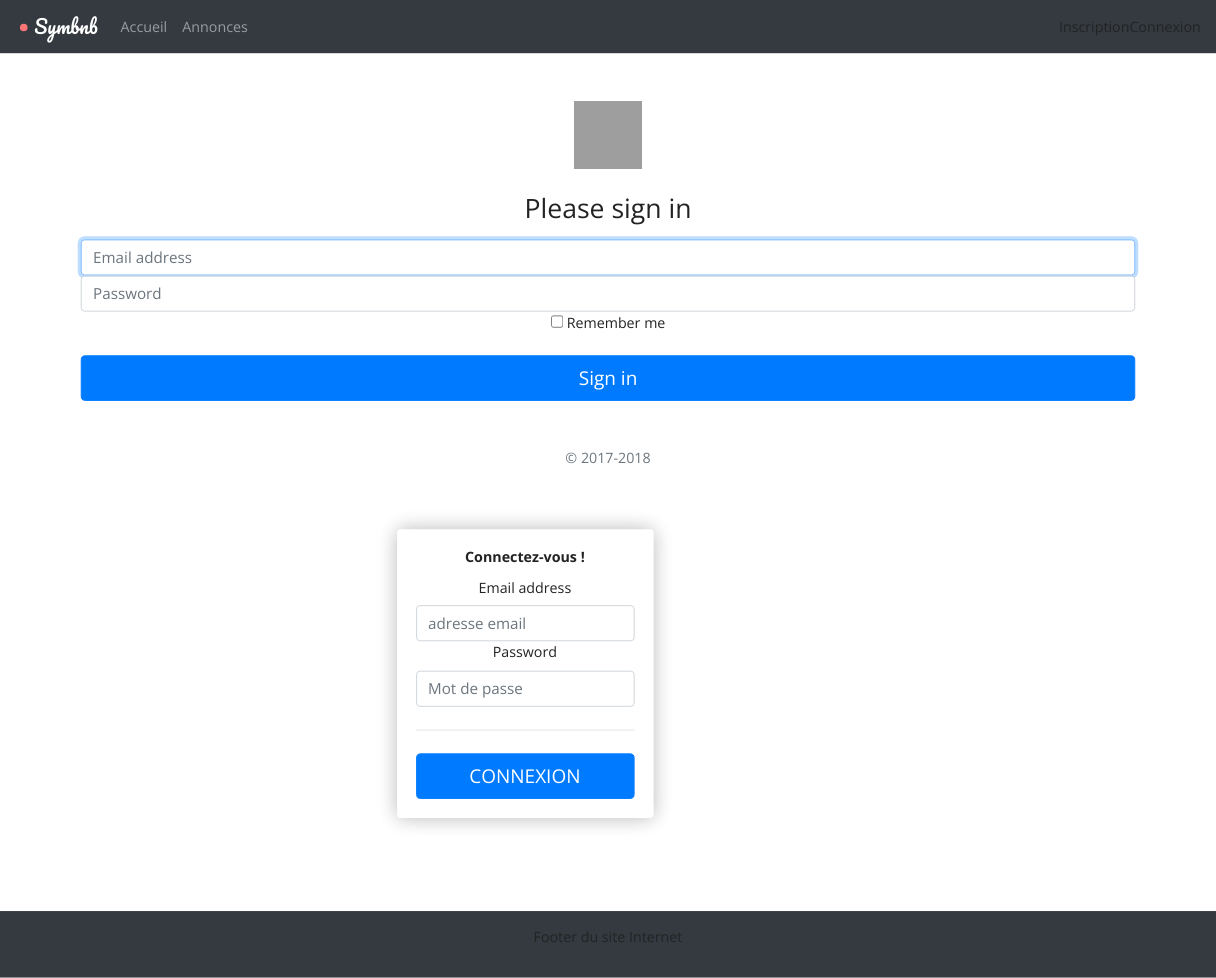
Repository: buzzEclair/symbnb
Page: templates/account/login.html.twig
The author's editor kept a copy of each file at every save. The page is drawn from the files as they stood at one save, then again after the next save.
The browser window is 1280 px wide. The pictures show the whole page, at 95% of full size.
Pictures or frames that could not be fetched are drawn as grey boxes. The page is a Twig template of a Symfony application; nobody is signed in and links lead nowhere. The template is opened directly, without the code that normally fills it, so the values that code supplies are empty.

Above is the page before, as saved 2019-03-15 14:04:43.

### templates/account/login.html.twig
{% extends 'base.html.twig' %}

{% block title %}Login!{% endblock %}

{% block body %}
<div class="container text-center">
        <form class="form-signin">
                <img class="mb-4" src="https://getbootstrap.com/docs/4.0/assets/brand/bootstrap-solid.svg" alt="" width="72" height="72">
                <h1 class="h3 mb-3 font-weight-normal">Please sign in</h1>
                <label for="inputEmail" class="sr-only">Email address</label>
                <input type="email" id="inputEmail" class="form-control" placeholder="Email address" required="" autofocus="">
                <label for="inputPassword" class="sr-only">Password</label>
                <input type="password" id="inputPassword" class="form-control" placeholder="Password" required="">
                <div class="checkbox mb-3">
                  <label>
                    <input type="checkbox" value="remember-me"> Remember me
                  </label>
                </div>
                <button class="btn btn-lg btn-primary btn-block" type="submit">Sign in</button>
                <p class="mt-5 mb-3 text-muted">© 2017-2018</p>
              </form>
    <div class="row">
        <div class="col-sm-9 col-md-7 col-lg-5 mx-auto">
            <div class="card card-signin my-5">
            <div class="card-body">
                <h5 class="card-title text-center">Connectez-vous !</h5>

                {% if hasError %}
                    <div class="alert alert-danger">Une erreur est survenue, le nom d'utilisateur est invalide</div>
                {% endif %}

                <form class="form-signin" action="{{ path('account_login') }}" method="POST">
                <div class="form-label-group">
                    <label for="email">Email address</label>

                    <input type="text" class="form-control" name="_username" id="email" placeholder="adresse email" required autofocus value={{username}}>
                </div>

                <div class="form-label-group">
                    <label for="password">Password</label>
                    <input type="password" name="_password" id="password" placeholder="Mot de passe" class="form-control" required >

                </div>

                <hr class="my-4">
                <button class="btn btn-lg btn-primary btn-block text-uppercase" type="submit">Connexion</button>
                </form>
            </div>
            </div>
        </div>
    </div>
</div>
{% endblock %}

### templates/base.html.twig
<!DOCTYPE html>
<html>
    <head>
        <meta charset="UTF-8">
        <title>{% block title %}Welcome!{% endblock %}</title>
        <link rel="stylesheet" href="/css/bootstrap.min.css">
        <link rel="stylesheet" href="https://use.fontawesome.com/releases/v5.7.2/css/all.css" integrity="sha384-fnmOCqbTlWIlj8LyTjo7mOUStjsKC4pOpQbqyi7RrhN7udi9RwhKkMHpvLbHG9Sr" crossorigin="anonymous">
        <link href="https://fonts.googleapis.com/css?family=Open+Sans:400,600,700" rel="stylesheet">
        <link href="https://fonts.googleapis.com/css?family=Pacifico" rel="stylesheet">

        <link rel="stylesheet" href="/css/base.css">
        {% block stylesheets %}{% endblock %}
    </head>
    <body>

        {% include 'partials/header.html.twig' %}


        {% block body %}{% endblock %}
        {% include 'partials/footer.html.twig' %}
        <script src="/js/jquery.min.js"></script>
        <script src="/js/popper.min.js"></script>
        <script src="/js/bootstrap.min.js"></script>
        {% block javascripts %}{% endblock %}
    </body>
</html>

### templates/partials/header.html.twig
<nav class="navbar navbar-expand-md navbar-dark bg-dark">
    <a class="navbar-brand logo" href="{{path('homepage')}}"><span class="round-logo"></span>Symbnb</a>


    {% if is_granted('ROLE_ADMIN') %}
    <a href="{{path('admin_dashboard')}}">Dashboard</a>
    {% endif %}
    <button class="navbar-toggler" type="button" data-toggle="collapse" data-target="#navbarColor01" aria-controls="navbarColor01" aria-expanded="false" aria-label="Toggle navigation">
        <span class="navbar-toggler-icon"></span>
    </button>

    <div class="collapse navbar-collapse" id="navbarColor01">
        <ul class="navbar-nav mr-auto">
            <li class="">
                <a class="nav-link" href="{{path('homepage')}}">Accueil </a>
            </li>
            <li class="">
                <a class="nav-link" href="{{path('ads_index')}}">Annonces </a>
            </li>
        </ul>

        <ul class="navbar-nav ml-auto">
            {% if app.user %}
            <div class="dropdown">
                <button class="btn btn-dark dropdown-toggle btn-sm" type="button" id="dropdownMenuButton" data-toggle="dropdown" aria-haspopup="true" aria-expanded="false">
                    <img src="{{ app.user.picture }}" alt="{{ app.user.slug }}" class="rounded-circle user-avatar-nav" > {{app.user.firstName}}
                </button>
                <div class="dropdown-menu dropdown-menu-right dropdown-account" aria-labelledby="dropdownMenuButton ">
                    <a class="dropdown-item" href="{{ path('account_index') }}"><i class="fas fa-user-circle"></i> Mon compte</a>
                    <div class="dropdown-divider"></div>
                    <a class="dropdown-item" href="{{ path('ads_create') }}"><i class="fas fa-list-alt"></i> Créer une annonce</a>
                    <a class="dropdown-item" href="{{ path('account_bookings') }}"><i class="fas fa-book"></i> Mes réservations</a>
                    <a class="dropdown-item" href="{{ path('account_profile') }}"><i class="fas fa-info-circle"></i> Modifier mes informations</a>
                    <a class="dropdown-item" href="{{ path('account_update_password') }}"><i class="fas fa-key"></i> Changer de mot de passe</a>

                    <div class="dropdown-divider"></div>
                    <a class="dropdown-item" href="{{ path('account_logout') }}"><i class="fas fa-times-circle"></i> Logout</a>
                </div>
            </div>
            {% else %}
                <li class="nav-item">
                    <a href="{{ path('account_register') }}">Inscription</a>
                </li>
                <li class="nav-item">
                    <a href="{{ path('account_login') }}">Connexion</a>
                </li>
            {% endif %}

        </ul>

    </div>
</nav>

{% for label, messages in app.flashes %}
    <div class="container">
        <div class="alert alert-{{label}}">
            {% for message in messages %}
                <p>{{ message | raw }}</p>
            {% endfor %}
        </div>
    </div>
{% endfor %}

### templates/partials/footer.html.twig
<footer class="mt-5 bg-dark py-3 text-center mt-5">
    <p>Footer du site Internet</p>
</footer>

### public/css/base.css
body, a{
    color: #232323;
    font-family: 'Open Sans', sans-serif;
    font-size: 15px;
}

.logo{
    font-family: 'Pacifico', cursive;
    font-size: 20px;
    position: relative;
    margin-left: 20px;
}

.logo::before{
    content: '';
    position: absolute;
    width: 8px;
    height: 8px;
    border-radius: 100%;
    background: #fe7576;
    margin-top: 12px;
    margin-left: -15px;;
}

ul{
    padding: 0;
}

ul li{
    list-style: none;
}
.card-parameter-stars i{
    color: #008489;
    font-size: 12px;
    letter-spacing: -3px;
}

.datepicker table tr td.disabled{
    color: crimson !important;
    background: rgba(0, 0, 0, 0.815);
}

.container{
    margin-top: 50px;
}

.card{
    max-width: 270px;
    border: none;
    margin-bottom: 50px !important;
    box-shadow: 1px 1px 21px 0 rgba(0,0,0,0.14), -1px -1px 21px 0 rgba(0,0,0,0.14);
    transition-duration: 0.5s;
}

.card h6{
   font-size: 13px;
   font-weight: 600;
}

.card h5{
   font-size: 15px;
   font-weight: 900;
}

.card-ad img{
    min-height: 160px;
}

.card:hover{
    box-shadow: 1px 1px 21px rgba(254,117,118,0.4), -1px -1px 21px 0 rgba(254,117,118,0.4);
}

.card-info-1{
    font-size: 13px;
}

.card-info-2{
    font-size: 13px;
    font-weight: 600;
    margin-bottom: 0;
}

a:hover{
    text-decoration: none;
    color: #232323;
}

.title-page-header{
    margin-bottom: 40px;
}

.user-avatar-nav{
    width: 30px;
    margin-right: 5px;
}

.dropdown-account i {
    color: #008489;
}

.block-profile{
    box-shadow: 1px 1px 21px 0 rgba(0, 0, 0, 0.062), -1px -1px 21px 0 rgba(0, 0, 0, 0.062);
    border-radius: 4px;
    padding: 10px;
    margin-bottom: 30px;
}

.block-profile p{
    margin-bottom: 5px;
}

.block-profile .booking-profile .booking-profile-ligne{
    background: #f3f3f3;
    height: 80px;
    width: 100%;
    border-radius: 4px;
    display: flex;
    align-items: center;
    margin-bottom: 5px;
    margin-top: 5px;
}

.block-profile .booking-profile .booking-profile-ligne img{
    width: 60px;
    height: 60px;
    border-radius: 100%;
}

.block-profile .booking-profile .booking-profile-ligne .info-booking-profile{
    font-size: 11px;
    display: flex;
    flex-direction: column;
}

.block-profile .booking-profile .booking-profile-ligne .info-booking-profile span{
    margin-left: 10px;
}

.block-profile .booking-profile .booking-profile-ligne .info-booking-profile a{
    font-size: 10px;
    background: #fe7576;
    color: white;
}

.block-profile .ad-profile a img{
    width: 100px;
    height: 100px;
    border-radius: 100%;

}
.block-profile .ad-profile p{
    font-size: 13px;
    color: #008489;
}

.profile-option li{
    margin-top: 20px;
    font-size: 12px;
}

.ad-content{
    margin-top: 50px;
}

.ad-info h5{
    font-size: 15px;
    font-weight: 600;
}

.ad-info h4{
    font-size: 25px;
    font-weight: 900;
}

.ad-info h6{
    font-size: 15px;
}

.img-ad{
    padding:0;
}

.img-ad img{
   width: 100%;
}

.card-booking{
    max-width: 100%;
}

.card-booking .img-ad-user{
    height: 45px;
    border-radius: 100%;
}

span.price-booking{
    font-size: 21px;
    font-weight: 900;
}

.card-booking-stars{
    font-size: 13px;
}
.card-booking-stars .param-booking-stars i{
    color: #008489;
    font-size: 10px;
    letter-spacing: -3px;
}

.card-parameter-vote{
    margin-left: 5px;
}

.btn-booking{
    display: block;
    background: #fe7576;
    height: 42px;
    width: 80%;
    color: white;
    text-align: center;
    line-height: 40px;
}

.btn-booking:hover{
    color: white;
}
.media-comment{
    margin-bottom: 20px;
}
.media-comment img{
    width: 64px;
}

.media-comment h5{
    font-size: 15px;
}

.media-comment i{
    font-size: 11px;
    letter-spacing: -3px;
    color: #008489;
}

.media-body{
    background: #c4dedf;
    padding: 5px;
    border-radius: 4px;
}

.card-ad{
    margin: 0 auto;
}

Loaded but not shown: public/css/bootstrap.min.css (library); public/js/jquery.min.js (library); public/js/popper.min.js (library); public/js/bootstrap.min.js (library)

After the next save:
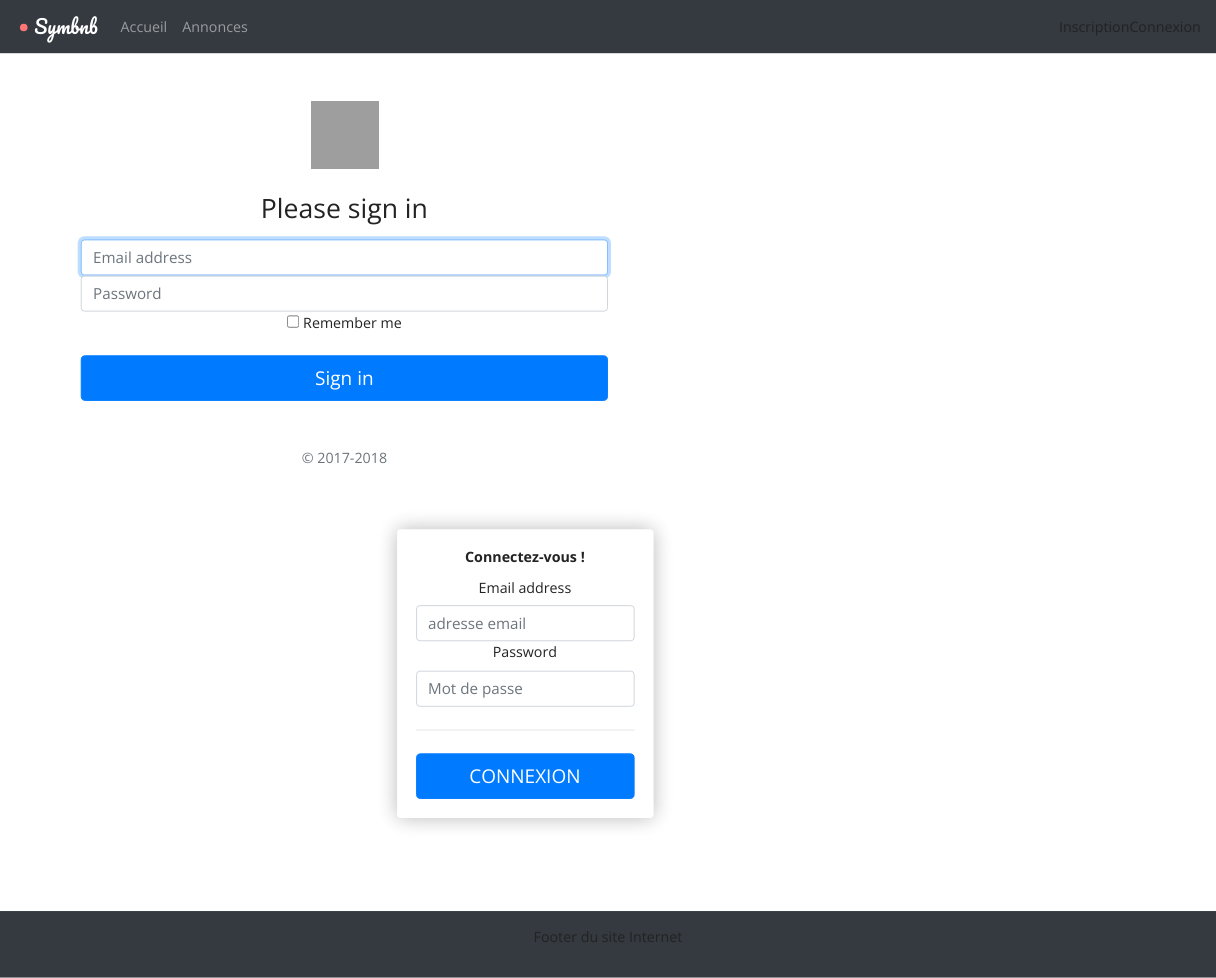
Saved 14 s later.
--- a/templates/account/login.html.twig
+++ b/templates/account/login.html.twig
@@ -4,7 +4,7 @@
 
 {% block body %}
 <div class="container text-center">
-        <form class="form-signin">
+        <form class="form-signin w-50">
                 <img class="mb-4" src="https://getbootstrap.com/docs/4.0/assets/brand/bootstrap-solid.svg" alt="" width="72" height="72">
                 <h1 class="h3 mb-3 font-weight-normal">Please sign in</h1>
                 <label for="inputEmail" class="sr-only">Email address</label>

After the save that followed:
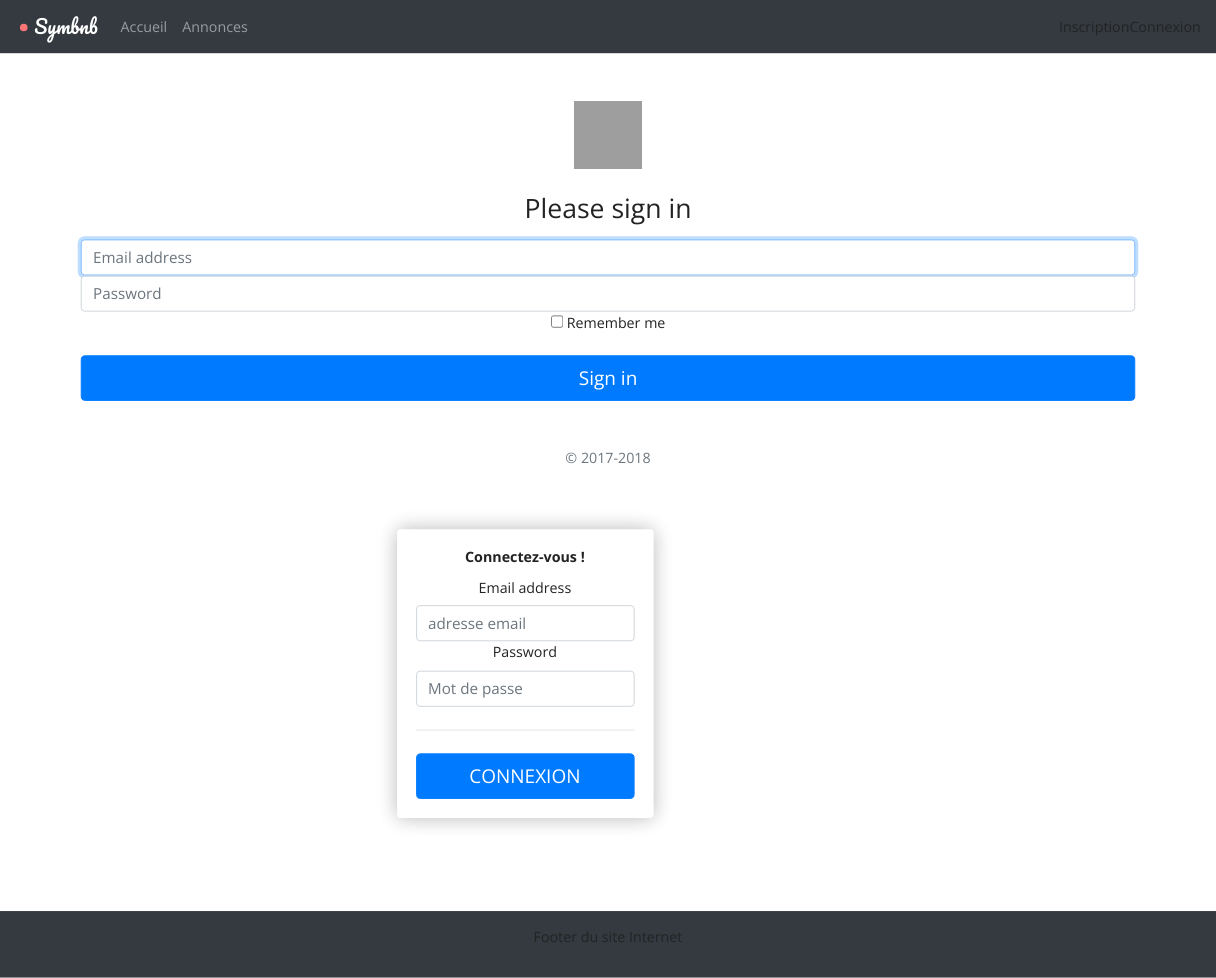
Saved 9 s later.
--- a/templates/account/login.html.twig
+++ b/templates/account/login.html.twig
@@ -4,7 +4,7 @@
 
 {% block body %}
 <div class="container text-center">
-        <form class="form-signin w-50">
+        <form class="form-signin">
                 <img class="mb-4" src="https://getbootstrap.com/docs/4.0/assets/brand/bootstrap-solid.svg" alt="" width="72" height="72">
                 <h1 class="h3 mb-3 font-weight-normal">Please sign in</h1>
                 <label for="inputEmail" class="sr-only">Email address</label>
